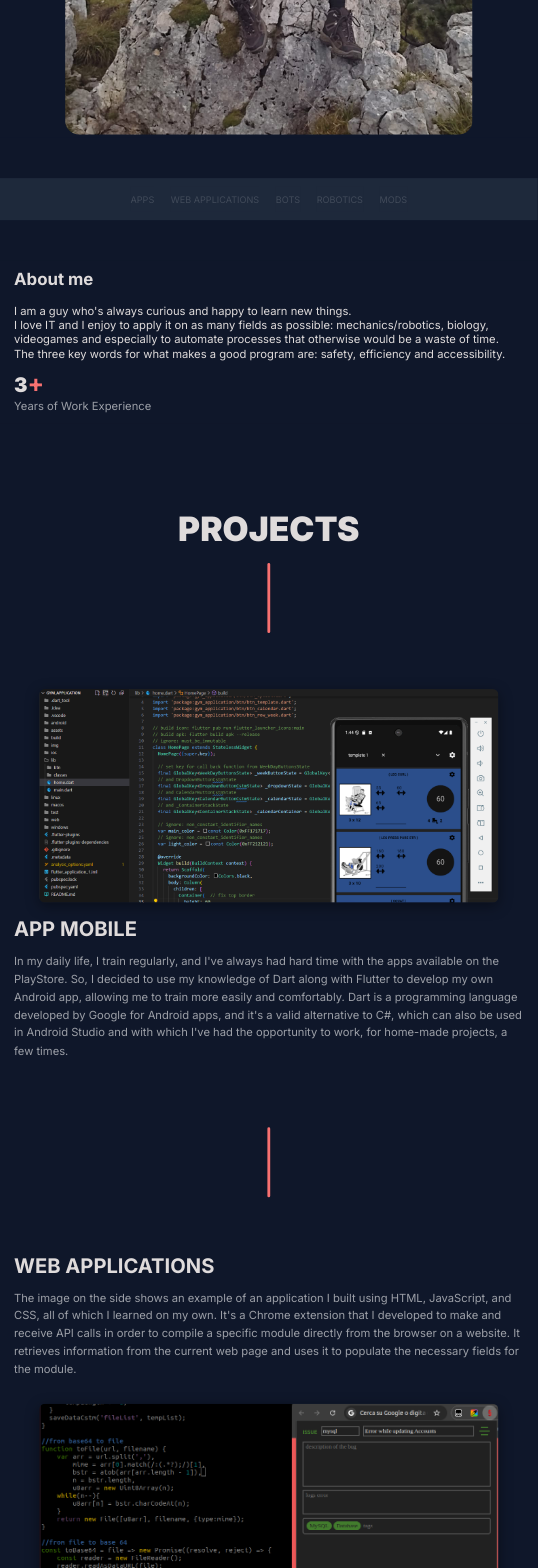
Repository: EnricoCalabrese/EnricoCalabrese.github.io
Page: index.html
An editor plug-in stored every save of this project. The page is shown before and after the next save, followed by the edit.
The browser window is 768 px wide. The pictures show the part of the page from y = 1028 to 3268 px (the page is 6140 px tall before and 6131 px after), at 70% of full size.

Above is the page before, as saved 2025-07-26 09:17:04.

After the next save:
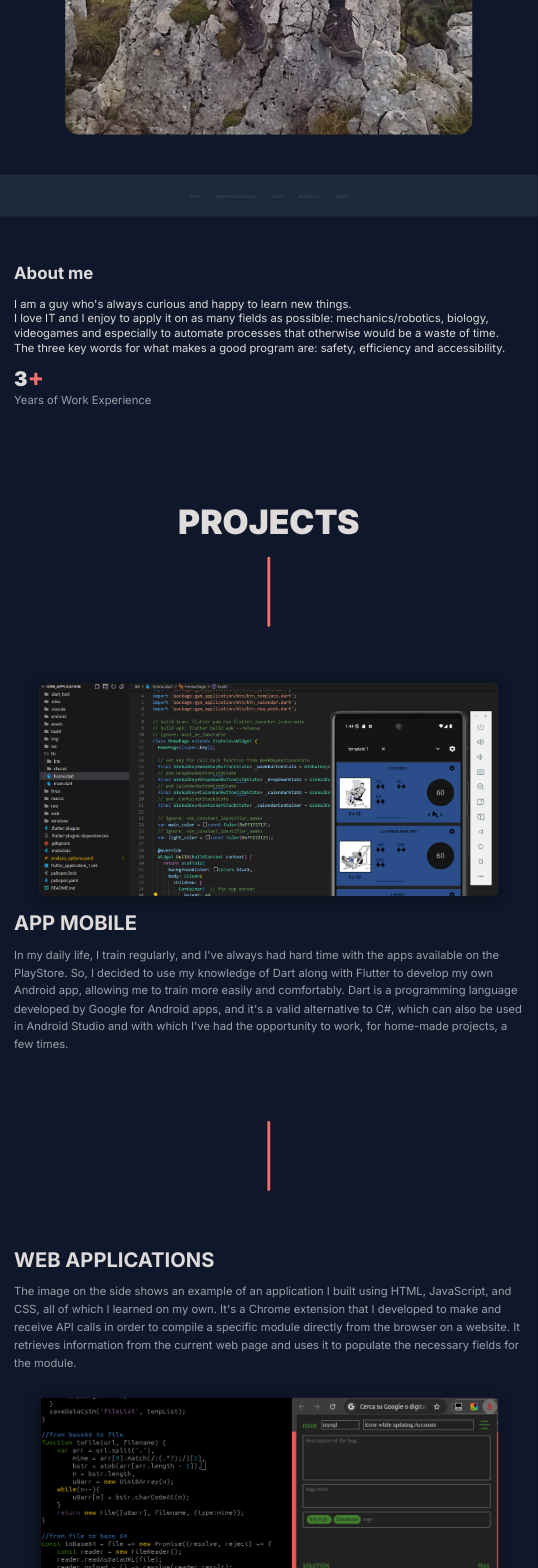
Saved 7 s later.
--- a/index.html
+++ b/index.html
@@ -447,7 +447,7 @@
         position: relative;
         z-index: 1;
         text-align: center;
-        font-size: 13px;
+        font-size: 2%;
       }
 
       .skills a {
